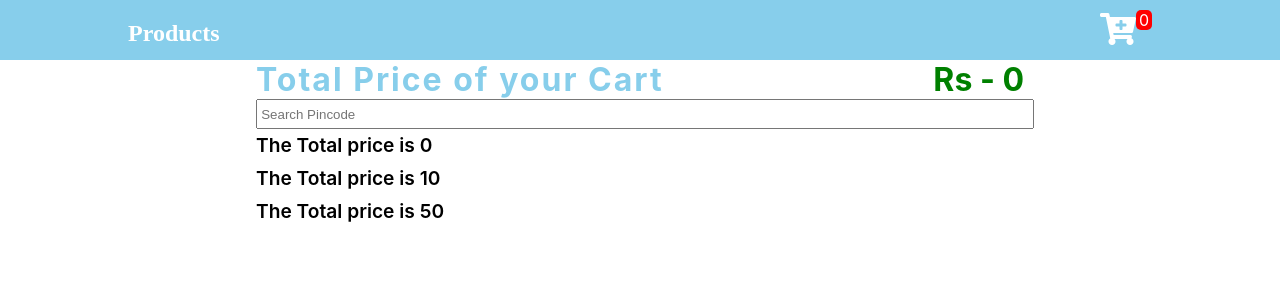
Repository: Imprasna/react-ecommerce
Page: /, after clicking the first element matching `div.cart`
The author's editor kept a copy of each file at every save. The page is drawn from the files as they stood at one save, then again after the next save.
The browser window is 1280 px wide. The pictures show the whole page.
Some web libraries are served in a nearby version. The project was rebuilt for these pictures with package versions that can differ from the ones it lists, and the page was loaded fresh each time.

Above is the page before, as saved 2022-06-14 21:26:33.

After the next save:
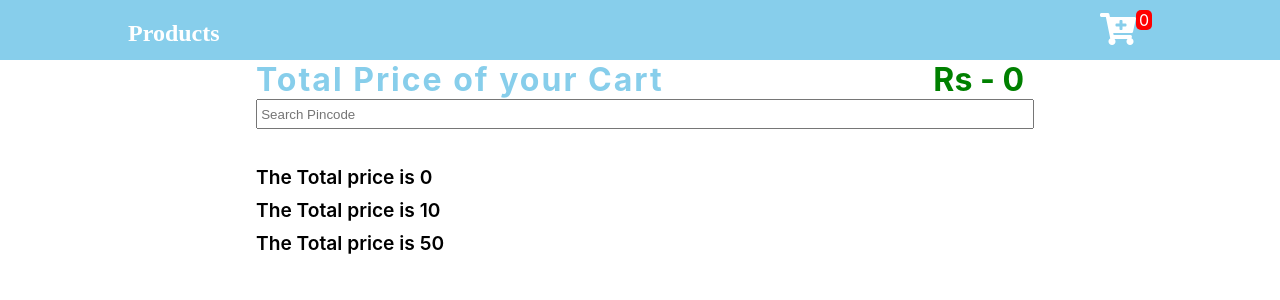
Saved 4 s later.
--- a/src/components/css/cart.css
+++ b/src/components/css/cart.css
@@ -88,5 +88,5 @@
     padding: .2rem;
     height: 20px;
     width: 100%;
-    margin-bottom: 2er;
+    margin-bottom: 2rem;
   }
